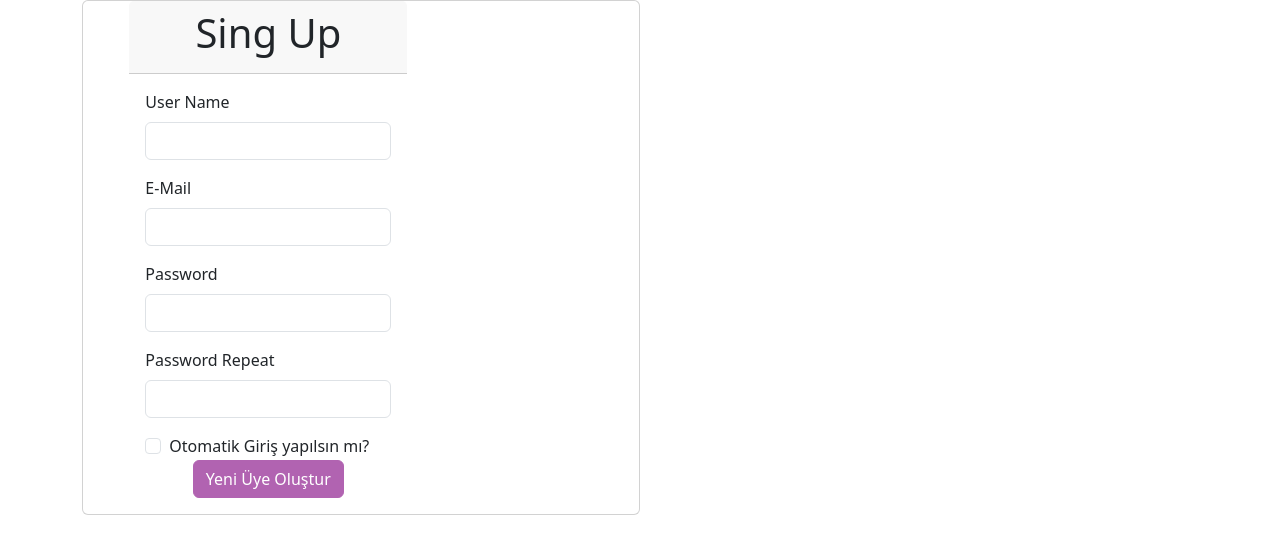
Repository: gursoyfahrettin20/startupProjectWeb
Page: /
An editor plug-in stored every save of this project. The page is shown before and after the next save, followed by the edit.
The browser window is 1280 px wide. The pictures show the whole page.
The project was rebuilt for these pictures with package versions that can differ from the ones it lists, and the page was loaded fresh each time. Also part of the build but not shown: vite.config.js.

Above is the page before, as saved 2024-01-18 00:05:23.

### index.html
<!doctype html>
<html lang="en">
  <head>
    <meta charset="UTF-8" />
    <link rel="icon" type="image/svg+xml" href="/vite.svg" />
    <meta name="viewport" content="width=device-width, initial-scale=1.0" />
    <title>Başlangıç Projesi</title>
  </head>
  <body>
    <div id="root"></div>
    <script type="module" src="/src/index.jsx"></script>
  </body>
</html>

### src/index.jsx
import * as React from 'react';
import { StrictMode } from 'react';
import { createRoot } from 'react-dom/client';
import SignUp from "./pages/SignUp"
import './index.scss'

const rootElement = document.getElementById('root');
const root = createRoot(rootElement);

root.render(
  <StrictMode>
    <SignUp/>
  </StrictMode>,
)

### src/pages/SignUp/index.jsx
import React, { useState, useEffect } from 'react';
import _ from 'lodash';
import { Spin } from 'antd';
import { LoadingOutlined } from '@ant-design/icons';
import { singUp } from "../../api/apiCalls.js";
import { FormItem } from "../../components/formItem/formItem.jsx";

function index() {
    const [username, setUsername] = useState();
    const [email, setEmail] = useState();
    const [password, setPassword] = useState();
    const [passwordRepeat, setPasswordRepeat] = useState();
    const [succesMessage, setSuccesMessage] = useState();
    const [submittable, setSubmittable] = useState(false);
    const [apiProgress, setApiProgress] = useState(false);
    const [errors, setErrors] = useState({});
    const [generalErrors, setGeneralErrors] = useState({});

    useEffect(() => {
        setErrors({})
    }, [username])

    const onSubmit = async (event) => {
        event.preventDefault();
        setSuccesMessage();
        setGeneralErrors();
        setApiProgress(true);
        const data = {
            username: username,
            email: email,
            password: password
        };
        try {
            const response = await singUp(data);
            setSuccesMessage(response.data?.message)
            setUsername();
            setPassword();
            setPasswordRepeat();
            setEmail();
        } catch (responseError) {
            if (responseError.response?.data && responseError.response?.data.status === 400) {
                setErrors(responseError.response?.data.validationErrors)
            }
            else {
                setGeneralErrors("Tahmin Edilemeyen Hatalarda gösterilecektir. / Unexpected error occured. Pleace try again.");
            }
        } finally {
            setApiProgress(false);
        }
    }

    // TODO: Sign Up butonu disabled durumlarına bakıyor.
    useEffect(() => {
        let _submittable = false;
        if (_.isUndefined(password) || _.isNull(password) || _.isEmpty(password)) {
            _submittable = false;
        } else if (password === passwordRepeat) {
            _submittable = true;
        }
        setSubmittable(_submittable);
    });


    return (
        <div className='container'>
            <form className='card col-lg-6' onSubmit={onSubmit}>
                <div className='col-lg-6 offset-lg-1 col-sm-8 offset-sm-2'>
                    <div className='text-center card-header'>
                        <h1>Sing Up</h1>
                    </div>
                    <div className='card-body col-lg-12'>
                        <FormItem
                            name="username"
                            label="User Name"
                            errors={errors.username}
                            onChange={(e) => setUsername(e.target.value)}
                        />
                        <FormItem
                            name="email"
                            label="E-Mail"
                            errors={errors.email}
                            onChange={(e) => setEmail(e.target.value)}
                        />
                        <FormItem
                            name="password"
                            label="Password"
                            errors={errors.password}
                            type="password"
                            onChange={(e) => setPassword(e.target.value)}
                        />
                        <FormItem
                            name="passwordRepeat"
                            label="Password Repeat"
                            errors={errors.passwordRepeat}
                            type="password"
                            onChange={(e) => setPasswordRepeat(e.target.value)}
                        />
                        <div className="form-check">
                            <input className="form-check-input" type="checkbox" value="" id="flexCheckDefault"/>
                                <label className="form-check-label" htmlFor="flexCheckDefault">
                                   Otomatik Giriş yapılsın mı?
                                </label>
                        </div>
                        <div className='text-center'>
                            <button className='btn btn-primary' disabled={apiProgress ? apiProgress : !submittable}>
                                <Spin style={{ display: apiProgress ? "inline" : "none" }}
                                    indicator={<LoadingOutlined style={{ fontSize: 24, marginRight: 15 }} spin />} />
                                {apiProgress ? "Yeni Üye Oluşturuluyor..." : "Yeni Üye Oluştur"}
                            </button>
                        </div>
                    </div>
                </div>
            </form >
        </div >
    );
}
export default index;

### src/index.scss
$primary: #818;

@import "../node_modules/bootstrap/scss/bootstrap.scss";

### src/api/apiCalls.js
import axios from "axios";

export const changeLanguage = lang => {
    axios.defaults.headers['accept-language'] = lang;
}

export const getBaseUrl = () => {
     return import.meta.env.VITE_REACT_APP_REST_SERVICE_URL;
}

export const saveUser = body => {
    return axios.post(getBaseUrl() + '/users', body);
}

export const singUp = body => {
    return axios.post(getBaseUrl() + '/users', body);
}

export const login = data => {
    return axios.post(getBaseUrl() + '/auth', {}, {auth: data});
}

export const getUsers = (page, size) => {
    return axios.get(getBaseUrl() + `/users?currentPage=${page ? page : 0}&pageSize=${size ? size : 3}`);
}

export const setAuthorizationHeader = ({username, password, isLoggedIn}) => {
    if (isLoggedIn) {
        let authorizationHeaderValue = `Basic ${btoa(username + ':' + password)}`
        axios.defaults.headers['Authorization'] = authorizationHeaderValue;
    } else {
        delete axios.defaults.headers['Authorization'];
    }
}

export const getUser = (userName) => {
    return axios.get(getBaseUrl() + `/users/${userName}`);
}

export const updateUser = (userName, body) => {
    return axios.put(getBaseUrl() + `/users/${userName}`, body);
}

export const postHoax = hoax => {
    return axios.post(getBaseUrl() + "/hoaxes", hoax);
}

export const getHoaxes = (userName, page = 0) => {
    const path = userName ? `/users/${userName}/hoaxes?currentPage=` : "/hoaxes?currentPage="
    return axios.get(getBaseUrl() + path + page);
}

export const getOldHoaxes = (id, userName) => {
    const path = userName ? `/users/${userName}/hoaxes/${id}` : `/hoaxes/${id}`;
    return axios.get(getBaseUrl() + path);
}

### src/components/formItem/formItem.jsx
import React, { useState } from 'react';

export function FormItem({ name, label, onChange, errors, type }) {

    return (
        <div className='mb-3'>
            <label className='form-label' htmlFor={name}> {label} </label>
            <input id={name} className={errors ? 'form-control is-invalid' : 'form-control'} type={type ? type : "text"} onChange={onChange} />
            <div className='invalid-feedback'>{errors}</div>
        </div>
    );
}

export default FormItem;

After the next save:
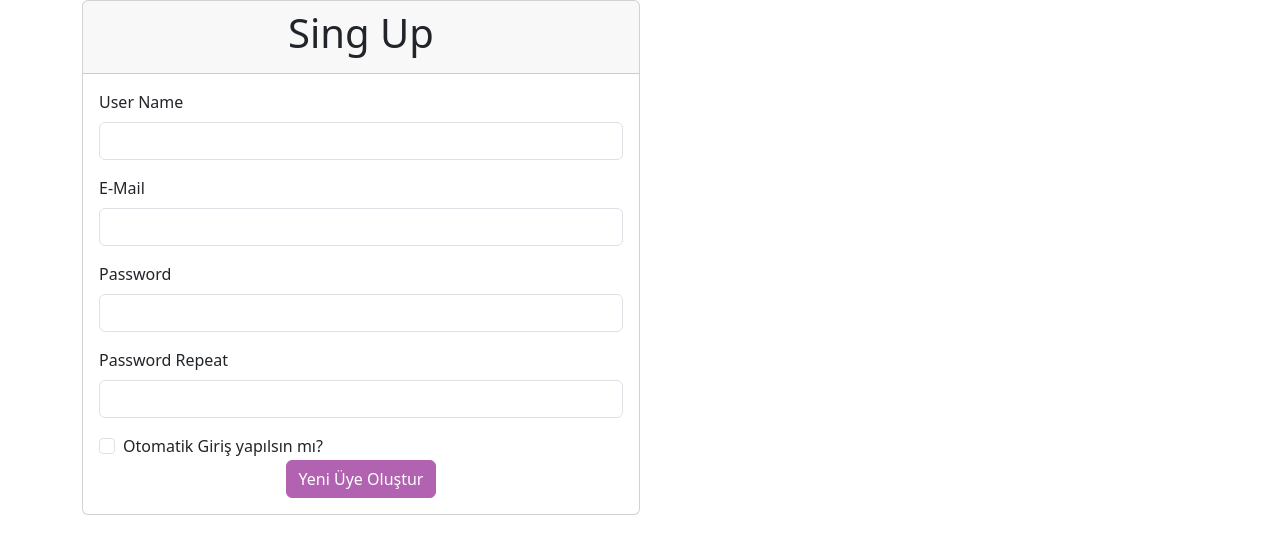
Saved 81 s later.
--- a/src/pages/SignUp/index.jsx
+++ b/src/pages/SignUp/index.jsx
@@ -64,7 +64,7 @@ function index() {
     return (
         <div className='container'>
             <form className='card col-lg-6' onSubmit={onSubmit}>
-                <div className='col-lg-6 offset-lg-1 col-sm-8 offset-sm-2'>
+                <div className='col-lg-12'>
                     <div className='text-center card-header'>
                         <h1>Sing Up</h1>
                     </div>
